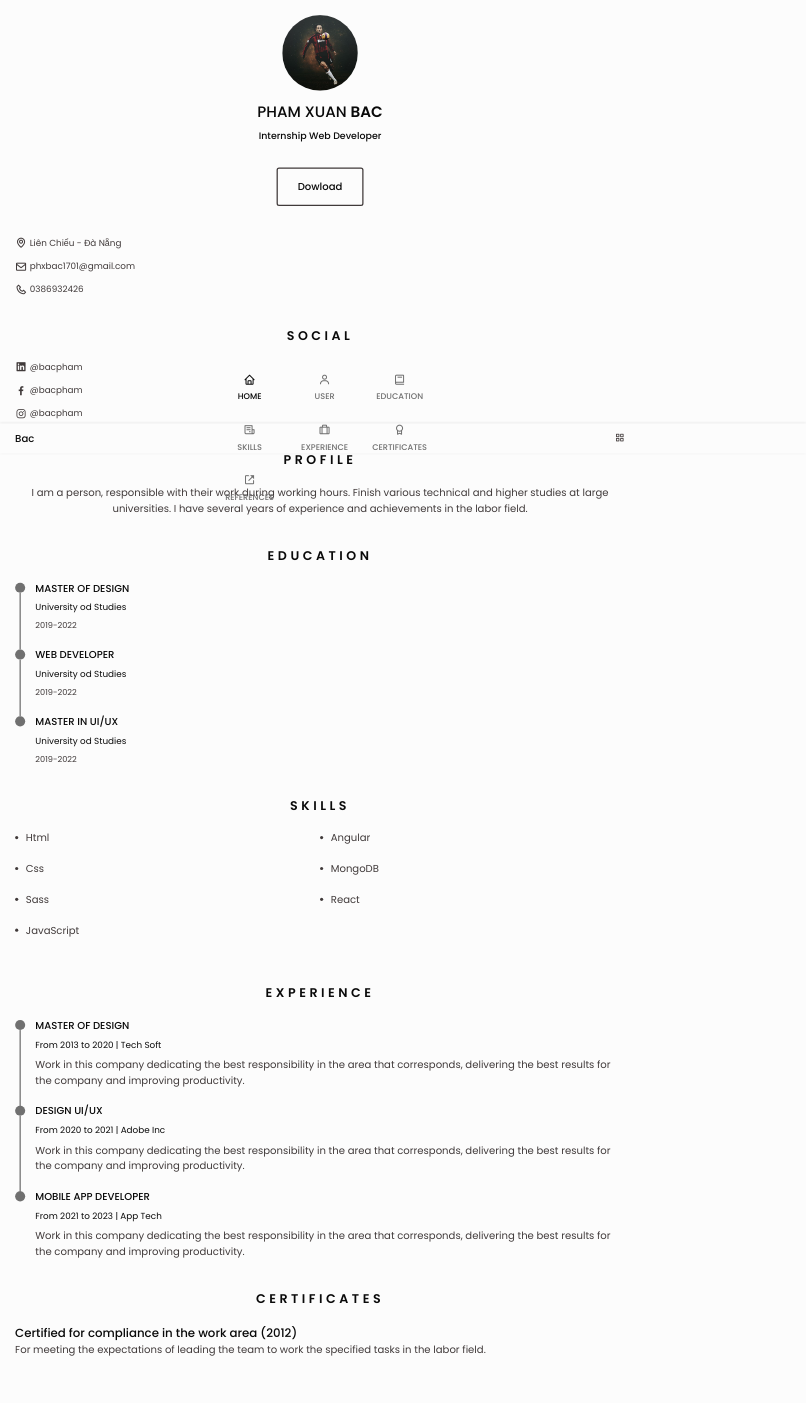
Repository: northpx/myCV
Page: index.html
An editor plug-in stored every save of this project. The page is shown before and after a run of saves, followed by the edit.
The browser window is 1280 px wide. The pictures show the whole page, at 63% of full size.

Above is the page before, as saved 2023-02-23 12:51:44.

### index.html
<!DOCTYPE html>
<html lang="en">
<head>
    <meta charset="UTF-8">
    <meta http-equiv="X-UA-Compatible" content="IE=edge">
    <meta name="viewport" content="width=device-width, initial-scale=1.0">
    <link rel="stylesheet" href="./src/css/styles.css">
    <link rel="stylesheet" href="https://cdn.jsdelivr.net/npm/boxicons@latest/css/boxicons.min.css">
    <title>Pham Xuan Bac</title>
</head>
<body>
    <header class="l-header" id="header">
        <nav class="nav bd-container">
            <a href="#" class="nav__logo">Bac</a>
            <div class="nav__menu" id="nav-menu">
                <ul class="nav__list">
                    <li class="nav__item">
                        <a href="#home" class="nav__link active-link">
                            <i class='bx bx-home nav__icon' ></i>HOME
                        </a>
                    </li>
                    <li class="nav__item">
                        <a href="#profile" class="nav__link">
                            <i class='bx bx-user nav__icon' ></i>USER
                        </a>
                    </li>
                    <li class="nav__item">
                        <a href="#education" class="nav__link">
                            <i class='bx bx-book nav__icon' ></i>EDUCATION
                        </a>
                    </li>
                    <li class="nav__item">
                        <a href="#skills" class="nav__link">
                            <i class='bx bx-receipt nav__icon' ></i>SKILLS
                        </a>
                    </li>
                    <li class="nav__item">
                        <a href="#experience" class="nav__link">
                            <i class='bx bx-briefcase-alt nav__icon' ></i>EXPERIENCE
                        </a>
                    </li>
                    <li class="nav__item">
                        <a href="#certificates" class="nav__link">
                            <i class='bx bx-award nav__icon' ></i>CERTIFICATES
                        </a>
                    </li>

                    <li class="nav__item">
                        <a href="#references" class="nav__link">
                            <i class='bx bx-link-external nav__icon' ></i>REFERENCES
                        </a>
                    </li>
                </ul>
            </div>

            <div class="nav__toogle" id="nav-toggle">
                <i class="bx bx-grid-alt"></i>
            </div>
        </nav>
    </header>
    <main class="l-main bd-container">
        <div class="resume">
            <div class="resume__left">
                <section class="home" id="home">
                    <div class="home__container section bd-grid">
                        <div class="home__data bd-grid">
                            <img src="./src/img/z3668101589347_355da8c054c5f58beb49364ce3f9e5b5.jpg" alt="" class="home__img">
                            <h1 class="home__title">PHAM XUAN <b>BAC</b></h1>
                            <h3 class="home__profession">Internship Web Developer</h3>
                            <div>
                                <a download="" href="./src/pdf/resumecv.pdf" class="home__button-movil">Dowload</a>
                            </div>
                        </div>
                        <div class="home__address bd-grid">
                            <span class="home__information">
                                <i class="bx bx-map home__icon"></i> Liên Chiểu - Đà Nẵng
                            </span>
                            <span class="home__information">
                                <i class="bx bx-envelope home__icon"></i> phxbac1701@gmail.com
                            </span>
                            <span class="home__information">
                                <i class="bx bx-phone home__icon"></i> 0386932426
                            </span>
                        </div>
                    </div>
                </section>

                <section class="social section">
                    <h2 class="section-title">SOCIAL</h2>
                    <div class="social__container bd-grid">
                        <a href="https://www.linkedin.com/" target="_blank" class="social_link">
                            <i class="bx bxl-linkedin-square social__icon"></i> @bacpham
                        </a>
                        <a href="https://www.facebook.com/north.px.13/" target="_blank" class="social_link">
                            <i class="bx bxl-facebook social__icon"></i> @bacpham
                        </a>
                        <a href="https://www.instagram.com/_north.px_/" target="_blank" class="social_link">
                            <i class="bx bxl-instagram social__icon"></i> @bacpham
                        </a>
                    </div>
                </section>

                <section class="profile section" id="profile">
                    <h2 class="section-title">Profile</h2>
                    <p class="profile__description">
                        I am a person, responsible with their work during working hours. Finish various technical and higher studies at large universities. I have several years of experience and achievements in the labor field.
                    </p>
                </section>

                <section class="education section" id="education">
                    <h2 class="section-title">Education</h2>
                    <div class="education__container bd-grid">
                        <div class="education__content">
                            <div class="education__time">
                                <span class="education__rounder"></span>
                                <span class="education__line"></span>
                            </div>
                            <div class="education__data bd-grid">
                                <h3 class="education__title">MASTER OF DESIGN</h3>
                                <span class="education__studies">University od Studies</span>
                                <span class="education__year">2019-2022</span>
                            </div>
                        </div>

                        <div class="education__content">
                            <div class="education__time">
                                <span class="education__rounder"></span>
                                <span class="education__line"></span>
                            </div>
                            <div class="education__data bd-grid">
                                <h3 class="education__title">WEB DEVELOPER</h3>
                                <span class="education__studies">University od Studies</span>
                                <span class="education__year">2019-2022</span>
                            </div>
                        </div>

                        <div class="education__content">
                            <div class="education__time">
                                <span class="education__rounder"></span>
                                <!-- <span class="education__line"></span> -->
                            </div>
                            <div class="education__data bd-grid">
                                <h3 class="education__title">MASTER IN UI/UX</h3>
                                <span class="education__studies">University od Studies</span>
                                <span class="education__year">2019-2022</span>
                            </div>
                        </div>
                    </div>
                </section>

                <section class="skills section" id="skills">
                    <h2 class="section-title">Skills</h2>
                    <div class="skills__content bd-grid">
                        <ul class="skills__data">
                            <li class="skills__name">
                                <span class="skills__circle"></span> Html
                            </li>
                            <li class="skills__name">
                                <span class="skills__circle"></span> Css
                            </li>
                            <li class="skills__name">
                                <span class="skills__circle"></span> Sass
                            </li>
                            <li class="skills__name">
                                <span class="skills__circle"></span> JavaScript
                            </li>
                        </ul>

                        <ul class="skills__data">
                            <li class="skills__name">
                                <span class="skills__circle"></span> Angular
                            </li>
                            <li class="skills__name">
                                <span class="skills__circle"></span> MongoDB
                            </li>
                            <li class="skills__name">
                                <span class="skills__circle"></span> React
                            </li>
                        </ul>
                    </div>
                </section>
            </div>

            <div class="resume__right">
                <section class="experience section" id="experience">
                    <h2 class="section-title">Experience</h2>
                    <div class="experience__container bd-grid">
                        <div class="experience__content">
                            <div class="experience__time">
                                <span class="experience__rounder"></span>
                                <span class="experience__line"></span>
                            </div>
                            <div class="experience__data bd-grid">
                                <h3 class="experience__title">MASTER OF DESIGN</h3>
                                <span class="experience__company">From 2013 to 2020 | Tech Soft</span>
                                <p class="experience__description">Work in this company dedicating the best responsibility in the area that corresponds, delivering the best results for the company and improving productivity.</p>
                            </div>
                        </div>
                        <div class="experience__content">
                            <div class="experience__time">
                                <span class="experience__rounder"></span>
                                <span class="experience__line"></span>
                            </div>
                            <div class="experience__data bd-grid">
                                <h3 class="experience__title">DESIGN UI/UX</h3>
                                <span class="experience__company">From 2020 to 2021 | Adobe Inc</span>
                                <p class="experience__description">Work in this company dedicating the best responsibility in the area that corresponds, delivering the best results for the company and improving productivity.</p>
                            </div>
                        </div>
                        <div class="experience__content">
                            <div class="experience__time">
                                <span class="experience__rounder"></span>
                            </div>
                            <div class="experience__data bd-grid">
                                <h3 class="experience__title">MOBILE APP DEVELOPER</h3>
                                <span class="experience__company">From 2021 to 2023 | App Tech</span>
                                <p class="experience__description">Work in this company dedicating the best responsibility in the area that corresponds, delivering the best results for the company and improving productivity.</p>
                            </div>
                        </div>
                    </div>
                </section>

                <section class="certificate section" id="certificate">
                    <h2 class="section-title">Certificates</h2>
                    <div class="certificate__container bd-grid">
                        <div class="certificate__content">
                            <h3 class="certificate__title">Certified for compliance in the work area (2012)</h3>
                            <p class="certificate__description">For meeting the expectations of leading the team to work the specified tasks in the labor field.</p>
                        </div>
                    </div>
                </section>
            </div>
        </div>
    </main>
    <script src=""></script>
    <script src="./src/js/scripts.js"></script>
</body>
</html>

### src/css/styles.css
@import url('https://fonts.googleapis.com/css2?family=Poppins:ital,wght@0,400;0,500;0,600;1,400;1,500;1,600&family=Roboto:ital,wght@0,100;0,300;0,400;0,500;0,700;0,900;1,100;1,300;1,400;1,500;1,700;1,900&display=swap');

:root{
    --header-height:3rem;
    --title-color:#0a0a0a;
    --text-color:#403a3a;
    --text-color-light:#707070;
    --container-color:#fafafa;
    --container-color-alt:#f0efef;
    --body-color:#fcfcfc;

    --body-font:'Poppins', sans-serif;
    --h1-font-size:1.5rem;
    --h2-font-size:1.25rem;
    --h3-font-size:1rem;
    --normal-font-size:.938rem;
    --small-font-size:.875rem;
    --smaller-font-size:.813rem;

    --font-medium:500;
    --font-semi-bold:600;

    --mb-1:.5rem;
    --mb-2:1rem;
    --mb-3:1.5rem;

    --z-tooltip:10;
    --z-fixed:100;
}

*, ::before, ::after{
    box-sizing: border-boxz;
}

html{
    scroll-behavior: smooth;
}

body{
    margin: 0 0 var(--header-height) 0;
    padding: 0;
    font-family: var(--body-font);
    background-color: var(--body-color);
    color: var(--text-color);
}

h1,h2,h3,ul,p{
    margin: 0;
}

h1,h2,h3{
    color: var(--title-color);
    font-weight: var(--font-medium);
}
ul{
    padding: 0;
    list-style: none;
}

a{
    text-decoration: none;
}
img{
    max-width: 100%;
    height: auto;
}

.section{
    padding: 1.5rem 0;
}

.section-title{
    font-size: var(--h2-font-size);
    color: var(--title-color);
    font-weight: var(--font-semi-bold);
    text-transform: uppercase;
    letter-spacing: .35rem;
    text-align: center;
    margin-bottom: var(--mb-3);
}

.bd-container{
    max-width: 968px;
    width: calc(100% - 3rem);
    margin-left: var(--mb-3);
    margin-right: var(--mb-3);
}

.bd-grid{
    display: grid;
    gap: 1.5rem;
}

.l-header{
    width: 100%;
    position: fixed;
    bottom: 0;
    left: 0;
    z-index: var(--z-fixed);
    background-color: var(--body-color);
    box-shadow: 0 -1px 4px rgba(0, 0, 0, .1);
    transition: .3s;
}

.nav{
    height: var(--header-height);
    display: flex;
    justify-content: space-between;
    align-items: center;
}

@media screen and (max-width: 968px){
    .nav__menu{
        position: fixed;
        bottom: -100%;
        left: 0;
        width: 100%;
        padding: 2rem 0;
        background-color: var(--body-color);
        box-shadow: 0 1px 4px rgba(0, 0, 0, .1);
        border-radius: 1rem 1rem 0 0;
        z-index: var(--z-fixed);
        transition: .3s;
    }
}

.nav__logo,
.nav__toggle{
    color: var(--title-color);
    font-weight: var(--font-medium);
}

.nav__toggle{
    font-size: 1.2rem;
    cursor: pointer;
}

.nav__item{
    text-align: center;
}

.nav__list{
    display: grid;
    grid-template-columns: repeat(3, 1fr);
    gap: 2rem;
}

.nav__link{
    display: flex;
    flex-direction: column;
    font-size: var(--smaller-font-size);
    color: var(--text-color-light);
    font-weight: var(--font-medium);
}

.nav__link:hover{
    color: var(--title-color);
}

.nav__icon{
    font-size: 1.2rem;
    margin-bottom: var(--mb-1);
}

.show-menu{
    bottom: var(--header-height);
}

.active-link{
    color: var(--title-color);
}

.home{
    position: relative;

}

.home__container{
    gap: 3rem;
}

.home__data{
    gap: .5rem;
    text-align: center;
}

.home__img{
    width: 120px;
    height: 120px;
    border-radius: 50%;
    justify-self: center;
    margin-bottom: var(--mb-1);
}

.home__title{
    font-size: var(--h1-font-size);
}

.home__profession{
    font-size: var(--normal-font-size);
    margin-bottom: var(--mb-1);
}

.home__address{
    gap: 1rem;
}

.home__information{
    display: flex;
    align-items: center;
    font-size: var(--small-font-size);
}
.home__icon{
    font-size: 1.2rem;
    margin-right: .25rem;
}
.home__button-movil{
    display: inline-block;
    border: 2px solid var(--text-color);
    color: var(--title-color);
    padding: 1rem 2rem;
    border-radius: .25rem;
    transition: .3s;
    font-weight: var(--font-medium);
    margin-top: var(--mb-3);
}

.home__button-movil:hover{
    background-color: var(--text-color);
    color: var(--container-color);
}

.social__container{
    grid-template-columns: max-content;
    gap: 1rem;
}

.social_link{
    display: inline-flex;
    align-items: center;
    font-size: var(--small-font-size);
    color: var(--text-color);
}
.social_link:hover{
    color:  var(--title-color);
}
.social__icon{
    font-size: 1.2rem;
    margin-right: .25rem;
}

.profile__description{
    text-align: center;
}

.education__content,
.experience__content{
    display: flex;
}

.education__time,
.experience__time{
    padding-right: 1rem;
}

.education__rounder,
.experience__rounder{
    position: relative;
    display: block;
    width: 16px;
    height: 16px;
    background-color: var(--text-color-light);
    border-radius: 50%;
    margin-top: .25rem;
}

.education__line,
.experience__line{
    display: block;
    width: 2px;
    height: 110%;
    background-color: var(--text-color-light);
    transform: translate(7px, 0);
}

.education__data,
.experience__data{
    gap: .5rem;
}

.education__title,
.experience__title{
    font-size: var(--h3-font-size);
}
.education__studies,
.experience__company{
    font-size: var(--small-font-size);
    color: var(--title-color);
}
.education__year{
    font-size: var(--smaller-font-size);
}

.skills__content{
    grid-template-columns: repeat(2, 1fr);
    gap: 0;
}
.skills__name{
    display: flex;
    align-items: center;
    margin-bottom: var(--mb-3);
}
.skills__circle{
    display: inline-block;
    width: 5px;
    height: 5px;
    border-radius: 50%;
    background-color: var(--text-color);
    margin-right: .75rem;
}

### src/js/scripts.js
const showMenu = (toggleId, navId) =>{
    const toggle = document.getElementById(toggleId),
    nav = document.getElementById(navId)

    // Validate that variables exist
    if(toggle && nav){
        toggle.addEventListener('click', ()=>{
            // We add the show-menu class to the div tag with the nav__menu class
            nav.classList.toggle('show-menu')
        })
    }
}
showMenu('nav-toggle','nav-menu')

const navLink = document.querySelectorAll('.nav__link')

function linkAction(){
    const navMenu = document.getElementById('nav-menu')
    // When we click on each nav__link, we remove the show-menu class
    navMenu.classList.remove('show-menu')
}
navLink.forEach(n => n.addEventListener('click', linkAction))

const sections = document.querySelectorAll('section[id]')

function scrollActive(){
    const scrollY = window.pageYOffset

    sections.forEach(current =>{
        const sectionHeight = current.offsetHeight
        const sectionTop = current.offsetTop - 50;
        sectionId = current.getAttribute('id')

        if(scrollY > sectionTop && scrollY <= sectionTop + sectionHeight){
            document.querySelector('.nav__menu a[href*=' + sectionId + ']').classList.add('active-link')
        }else{
            document.querySelector('.nav__menu a[href*=' + sectionId + ']').classList.remove('active-link')
        }
    })
}
window.addEventListener('scroll', scrollActive)

After the next 3 saves:
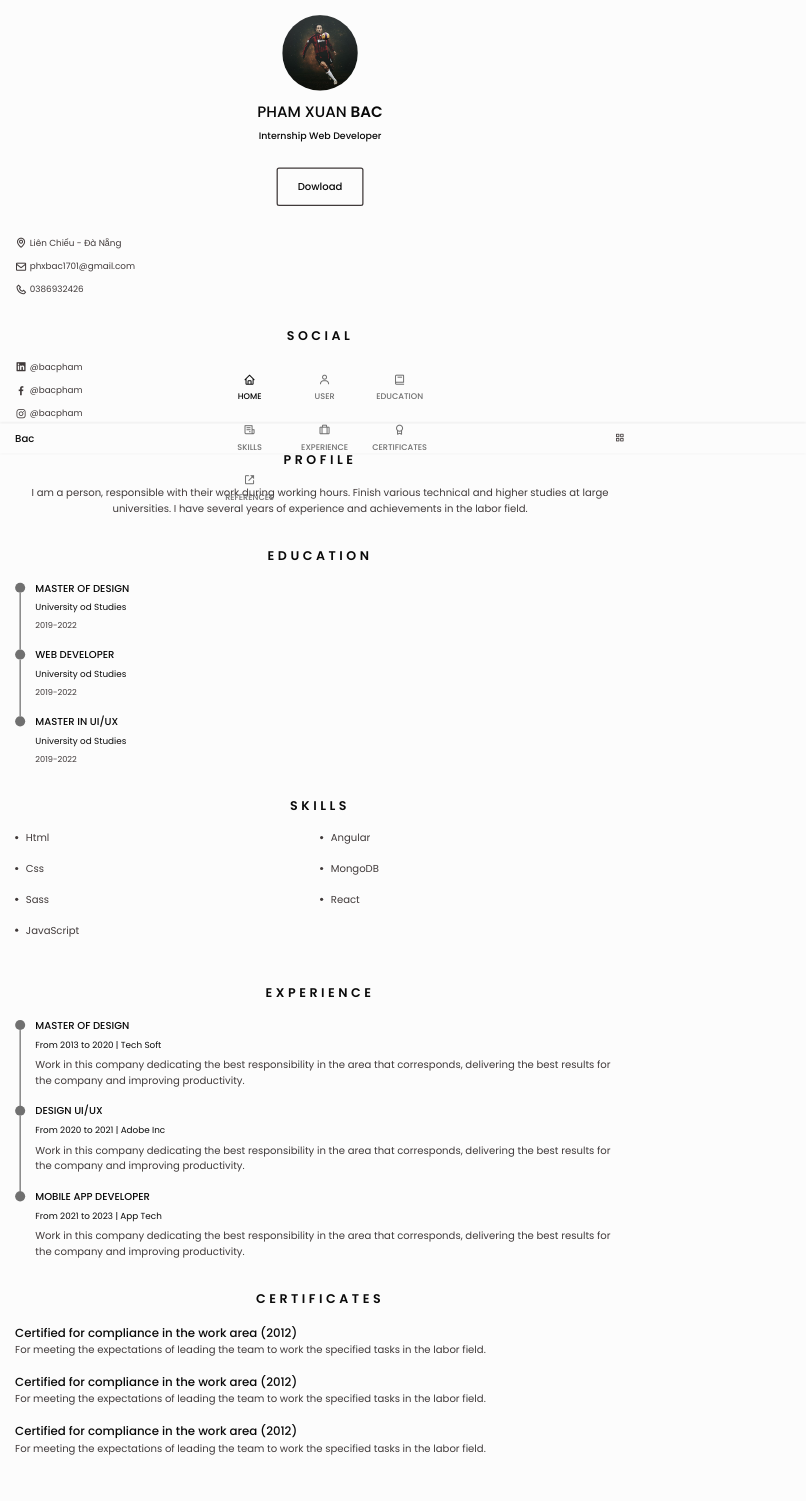
The 3 saves are shown as one change because they came seconds apart.
The last was saved 21 s later.
--- a/index.html
+++ b/index.html
@@ -227,6 +227,16 @@
                             <h3 class="certificate__title">Certified for compliance in the work area (2012)</h3>
                             <p class="certificate__description">For meeting the expectations of leading the team to work the specified tasks in the labor field.</p>
                         </div>
+
+                        <div class="certificate__content">
+                            <h3 class="certificate__title">Certified for compliance in the work area (2012)</h3>
+                            <p class="certificate__description">For meeting the expectations of leading the team to work the specified tasks in the labor field.</p>
+                        </div>
+
+                        <div class="certificate__content">
+                            <h3 class="certificate__title">Certified for compliance in the work area (2012)</h3>
+                            <p class="certificate__description">For meeting the expectations of leading the team to work the specified tasks in the labor field.</p>
+                        </div>
                     </div>
                 </section>
             </div>
